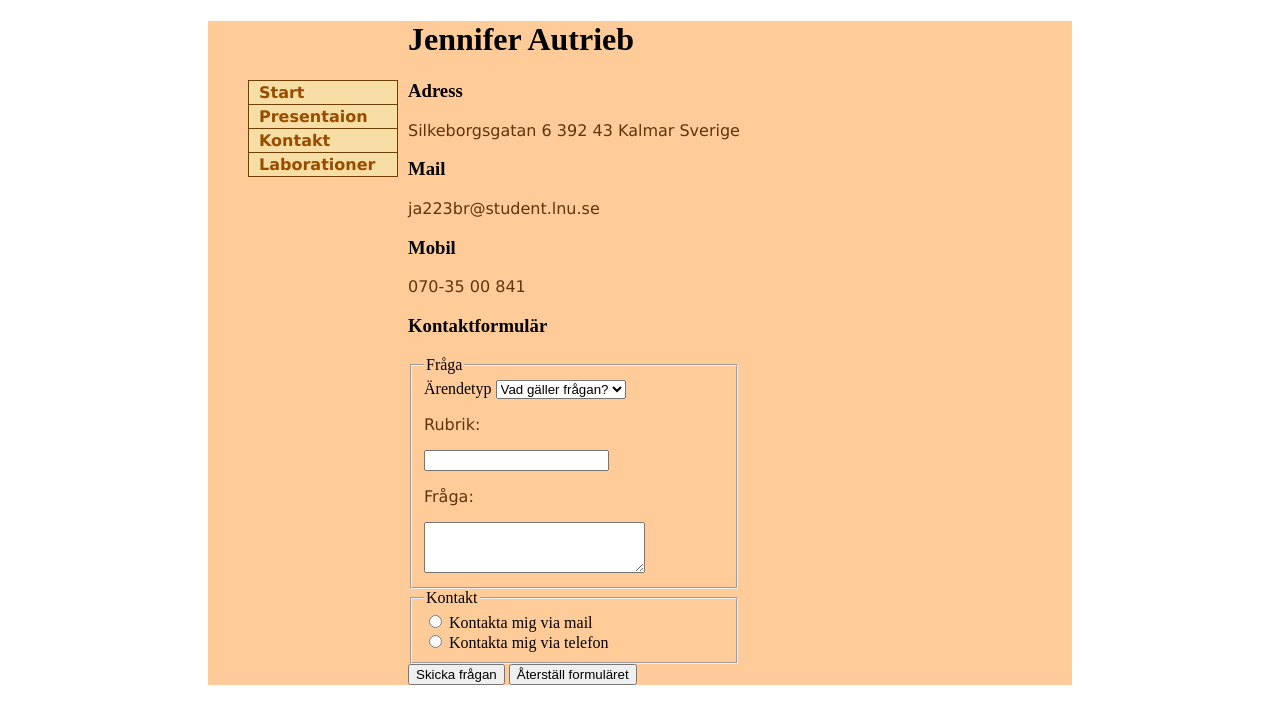
Repository: JeAut/1ik415-JeAut-laborationer
Page: WWW/pages/kontakt.html
The author's editor kept a record of every edit. The page is drawn from the files as they stood at one moment, then again after the next edit.
The browser window is 1280 px wide. The pictures show the whole page.

Above is the page before.

### WWW/pages/kontakt.html
<!DOCTYPE html>
<html>
    <head>
        <meta http-equiv="content-type" content="text/html; charset=utf-8" />
        <title>Kontakt</title>

        <link rel="stylesheet" href="../../css/style.css"/>
    </head>
    <body>
        <div id="body">
        <div id="header"><h1>Jennifer Autrieb</h1></div>

        <ul class="sidemenu">
            <div id="navigation">
            <div id="bc">
            <div id="ulsidemenu">
            <div id="ulsidemenu2">
            <li><a href="../index.html"> Start</a></li>
            </div>
            <div id="ulsidemenu2">
            <li><a href="Presentation.html"> Presentaion</a></li>
            </div>
            <div id="ulsidemenu2">
            <li><a href="kontakt.html"> Kontakt</a></li>
            </div>
            <div id="ulsidemenu2">
            <li><a href="laborationer.html"> Laborationer</a></li>
            </div>
            </div>
            </div>
            </div>
        </ul>

        <div id="container"><h3>Adress</h3>
        <p>Silkeborgsgatan 6
        392 43 Kalmar
        Sverige</p>

        <h3>Mail</h3>
        <p>ja223br@student.lnu.se</p>

        <h3>Mobil</h3>
        <p>070-35 00 841</p>




        <h3>Kontaktformulär</h3>

        <form id="formulär" name="formulär" method="post" action="http://voyager.lnu.se/tekinet/kurser/dtt/wp_webbintro/form.php">
        <fieldset style="width: 300px;">
            <legend>Fråga</legend>
            <label for="select">Ärendetyp</label>
            <select name="Ärende" id="Ärende">
            <option>Vad gäller frågan?</option>
            <option>Allmänna frågor</option>
            <option>Publikationer</option>
            <option>Kontakt</option>
            </select>
            <p><label for="rubrik">Rubrik:</label></p>
            <input type="text" name="rubrik" id="rubrik" />
            <p><label for="fraga">Fråga:</label></p>
            <textarea name="fraga" id="fraga" cols="25" rows="3"
            wrap="physical"></textarea>
        </fieldset>
        <fieldset style="width: 300px;">
            <legend>Kontakt</legend>


            <input type="radio" name="kontakt" id="mail" value="mail" />
            <label for="var">Kontakta mig via mail</label> <br />

            <input type="radio" name="kontakt" id="telefon" value="telefon" />
            <label for="sommar">Kontakta mig via telefon</label> <br />
        </fieldset>

        <input type="submit" name="submit" id="submit" value="Skicka frågan" />
        <input type="reset" name="reset" id="reset" value="Återställ formuläret" />
         </form>
        </div>
        </div>
    </body>
</html>

### css/style.css
/*Layout*/

#navigation {
    display:block;
    float:left;
}

#container {
    display:block;
    background-color:#FFCC99;
    margin-left:200px;
}

#header {
    display:block;
    margin-left:200px;
    background-color:#FFCC99;
}

#body {
    margin-right:200px;
    margin-left:200px;
    background-color:#FFCC99;
}

#bgimage {
    background-image:url(floral.jpg);
    -webkit-background-size: cover;
    -moz-background-size: cover;
    -o-background-size: cover;
    background-size: cover;
}




/*Listelement <li> meny*/

#bc {
    background-color:#D8B774;
}

#ulsidemenu {
    padding:0px;
    margin:0px;
    list-style:none;
    font-family:Verdana, Arial, Helvetica, sans-serif;
    border-bottom:1px solid #6F3E04;
    width:150px;
    background-color:#F6DEA5;
}

#ulsidemenu2 {
    border-top:1px solid #6F3E04;
    border-left:1px solid #6F3E04;
    border-right:1px solid #6F3E04;
}

a {
    text-decoration:none;
    display:block;
    width:128px;
    color:#994C00;
    font-weight:bold;
    padding:2px 10px;
}
a:hover {
    background-color:#B9BB79;
    color:#EEEEDC;
}


/*Typografi*/

p {
    color:#5F350B;
    font-family:Verdana, Arial, Helvetica, sans-serif;
}

p1 {
    color:#29640F;
    font-family:"Trebuchet MS", Helvetica, sans-serif;
}

.active {
    background-color:#660000;
}

After the next edit:
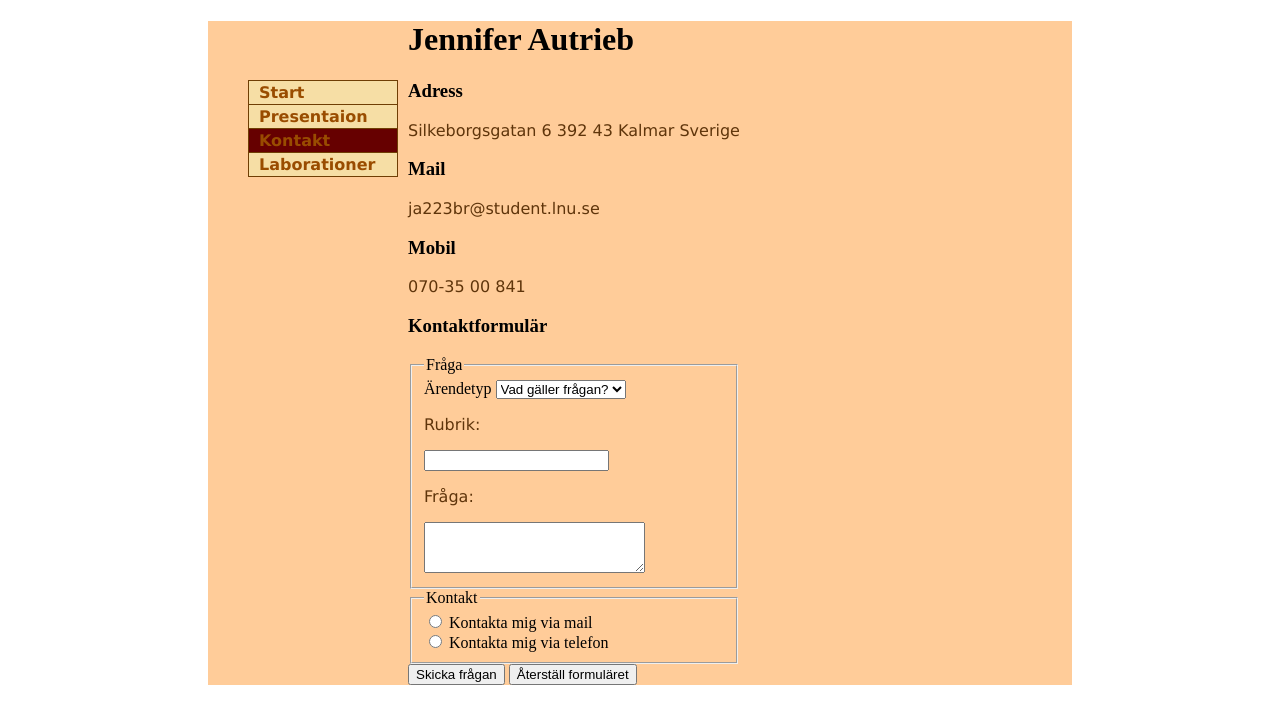
The edit:
--- a/WWW/pages/kontakt.html
+++ b/WWW/pages/kontakt.html
@@ -21,7 +21,7 @@
             <li><a href="Presentation.html"> Presentaion</a></li>
             </div>
             <div id="ulsidemenu2">
-            <li><a href="kontakt.html"> Kontakt</a></li>
+            <li><a href="kontakt.html" class="active"> Kontakt</a></li>
             </div>
             <div id="ulsidemenu2">
             <li><a href="laborationer.html"> Laborationer</a></li>
